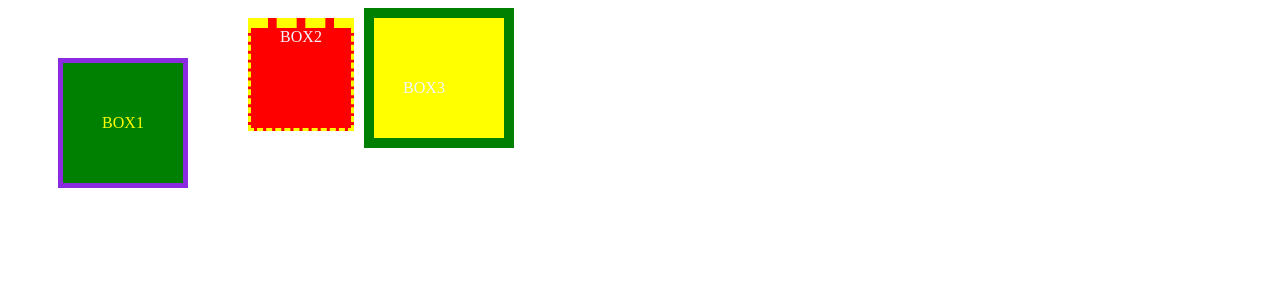
Repository: Ducspdn/WeTheBandF8
Page: html_learn_f8/padding.html
These files come from the project's save history. The page is drawn as it stood at one moment and after the next save; the edit follows.
The browser window is 1280 px wide. The pictures show the whole page.

Above is the page before, as saved 2023-01-12 20:41:00.

### html_learn_f8/padding.html
<!DOCTYPE html>
<html lang="vi">
    <head>
        <title>HELLO</title>
        <style>
            .box1{
                background: green;
                width: 100px;
                height: 100px;
                color: yellow;
                display: flex;
                align-items: center;
                justify-content: center;
                padding : 10px ;
                /* css boder : viền bao xung quanh và solid mặc định là 2px */
                border: 5px;
                border-color: blueviolet;
                border-style: solid;
                margin: 50px;
                float: left;
            }
            .box2{
                background : red;
                width: 100px;
                height: 100px;
                color: aliceblue;
                display : flex ;
                justify-content: center;
                align-content: center;
                border-top : 10px ;
                border-style: dashed;
                border-color: yellow;
                /* css margin : không làm tăng kich thước của element và nó dùng di chuyển element đến vị trí khác */
                margin : 10px;
                float: left;

            }
            .box3{
                background: yellow;
                width: 100px;
                height: 100px;
                color: aliceblue;
                display: flex;
                justify-content: center;
                align-items: center;
                /*  css padding : đệm làm backgroud lớn hơn  */
                padding-top: 20px;
                padding-right: 30px;
                /* css margin : không tắng kich thước element , dùng để di chuyển đến vị trí mới  */
                margin-right :100px ;
                /* boder : viền bao xung quanh các eletment, boder và padding làm tăng kich thước */
                border: 10px solid green;
                float : left ;
            }

        </style>
    </head>
    <body>
        <!-- division : là thẻ dùng để nhóm nhiều phần tử trong html thành một khối để dễ dàng css -->
        <div class=" box box1">BOX1</div>
        <div class=" box box2"> BOX2</div>
        <div class=" box box3">BOX3</div>

    </body>

</html>

After the next save:
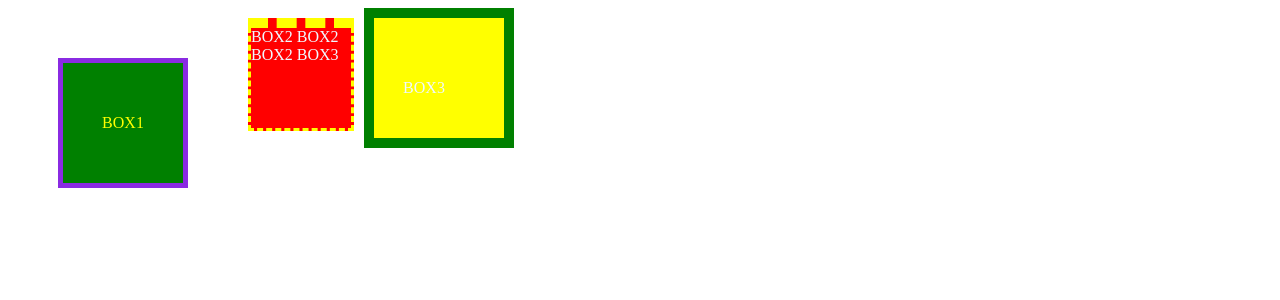
Saved 9 min 1 s later.
--- a/html_learn_f8/padding.html
+++ b/html_learn_f8/padding.html
@@ -33,6 +33,7 @@
                 /* css margin : không làm tăng kich thước của element và nó dùng di chuyển element đến vị trí khác */
                 margin : 10px;
                 float: left;
+                /* box-sizing : boder-box : công dụng dùng để trả về kich thước ban đầu mong muốn = padding + magrin + boder */
 
             }
             .box3{
@@ -50,6 +51,7 @@
                 margin-right :100px ;
                 /* boder : viền bao xung quanh các eletment, boder và padding làm tăng kich thước */
                 border: 10px solid green;
+                /* float : left : đưa các element vè bên trái trên màn hình */
                 float : left ;
             }
 
@@ -58,7 +60,7 @@
     <body>
         <!-- division : là thẻ dùng để nhóm nhiều phần tử trong html thành một khối để dễ dàng css -->
         <div class=" box box1">BOX1</div>
-        <div class=" box box2"> BOX2</div>
+        <div class=" box box2"> BOX2 BOX2 BOX2 BOX3 </div>
         <div class=" box box3">BOX3</div>
 
     </body>
